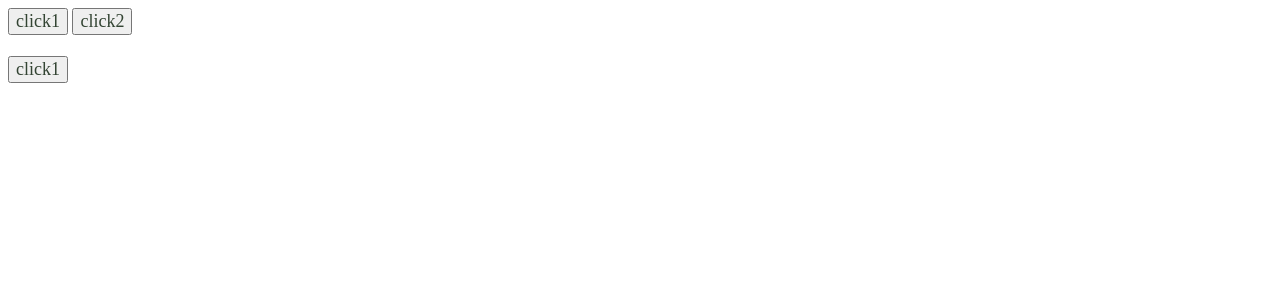
Repository: youngsik0405/Web-study
Page: JsonApp/WebContent/JsonTest08.html
An editor plug-in stored every save of this project. The page is shown before and after the next save, followed by the edit.
The browser window is 1280 px wide. The pictures show the whole page.

Above is the page before, as saved 2025-02-05 03:16:24.

### JsonApp/WebContent/JsonTest08.html
<!DOCTYPE html>
<html>
<head>
<meta charset="UTF-8">
<title>JsonTest08.html</title>
<link rel="stylesheet" type="text/css" href="css/main.css">
<script type="text/javascript">

	myJsonObject8 =
	{
		"test" :
		[
			"ccc", "ddd"
		]
		, "exam" :
		[
			"kkk", "ppp"
		]

	}

	/* myJsonObject8 = {"test":["ccc", "ddd"], "exam" :["kkk", "ppp"]} */

</script>

</head>
<body>

<form action="">

	<input type="button" value="click1" onclick="alert(myJsonObject8)">
	<!-- [object Object] -->

	<input type="button" value="click2" onclick="alert(typeof myJsonObject8)">
	<!-- object -->

	<br><br>


	<input type="button" value="click1" onclick="alert(myJsonObject8.test)">



</form>


</body>
</html>

### JsonApp/WebContent/css/main.css
@charset "UTF-8";

/* main.css */

*
{
	font-family: 맑은 고딕;
	color: #334433;
}

body, p, div, span, input, table, th, td, select
{
	font-size: 18px;
}

.control
{
	border: 1px solid gray;
	border-radius: 3px;
}

.table
{
	border-collapse: collapse;
	width: 100%;
}

.table th, .table td
{
	border: 1px solid gray;
	border-left: 0px;
	border-right: 0px;
	padding: 3px;
	line-height: 150%;
}

.table th
{
	font-weight: bold;
	background-color: #eeeeee;
}

.btn
{
	font-weight: bold;
}

.btn:hover
{
	color: white;
	background-color: #778877;
}

After the next save:
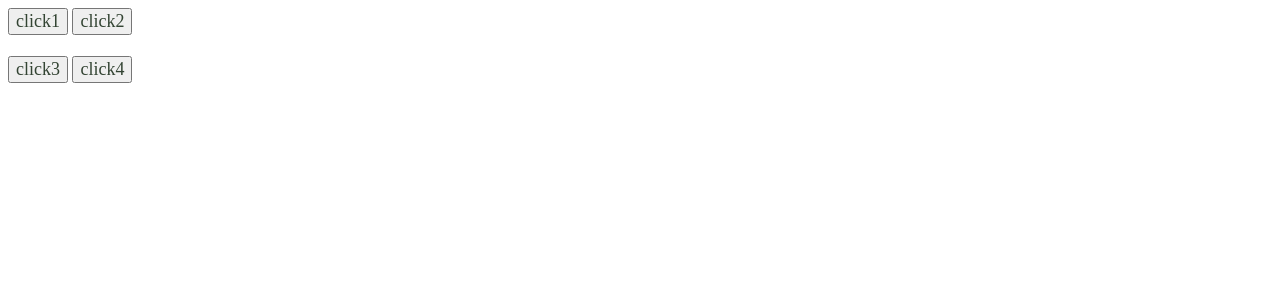
Saved 54 s later.
--- a/JsonApp/WebContent/JsonTest08.html
+++ b/JsonApp/WebContent/JsonTest08.html
@@ -37,9 +37,10 @@
 	<br><br>
 
 
-	<input type="button" value="click1" onclick="alert(myJsonObject8.test)">
+	<input type="button" value="click3" onclick="alert(myJsonObject8.test)">
+	<!-- ccc,ddd -->
 
-
+	<input type="button" value="click4" onclick="alert(typeof myJsonObject8.test)">
 
 </form>
 
